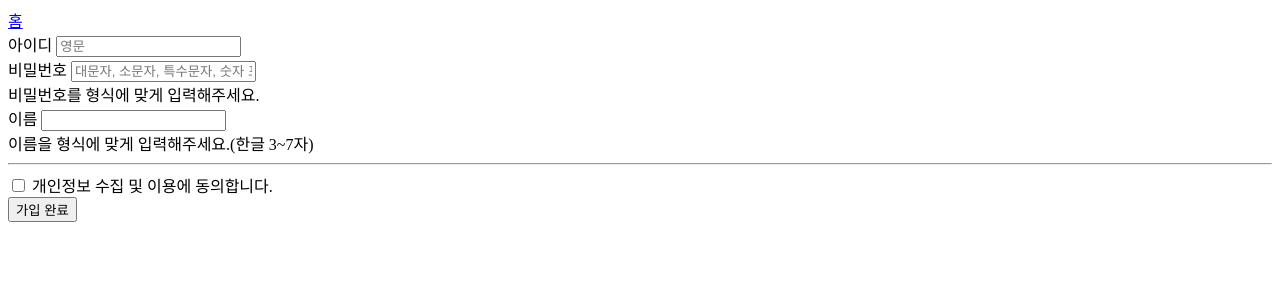
Repository: PacJ/spring_project
Page: http://localhost/spring_project/WEB-INF/views/admin/adminSignup.jsp
These files come from the project's save history. The page is drawn as it stood at one moment and after the next save; the edit follows.
The browser window is 1280 px wide. The pictures show the whole page.
The page is served by Tomcat 9. Nobody is signed in. The template is opened directly, without the code that normally fills it, so the values that code supplies are empty.

Above is the page before, as saved 2023-03-03 02:47:23.

After the next save:
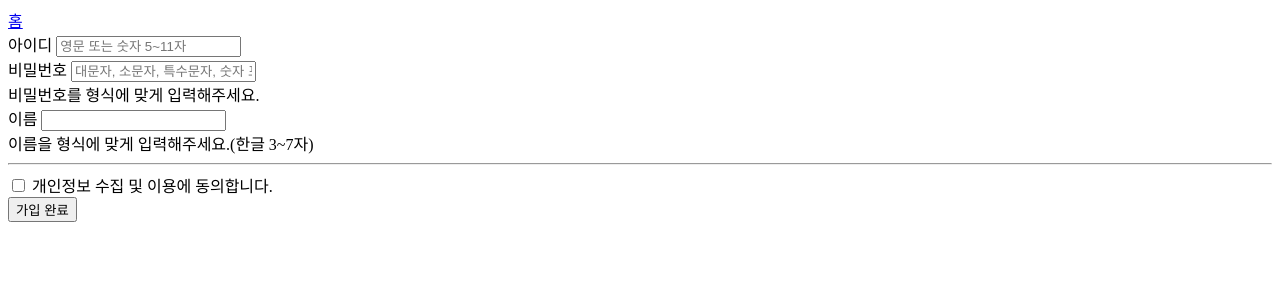
Saved 61 s later.
--- a/spring_project/src/main/webapp/WEB-INF/views/admin/adminSignup.jsp
+++ b/spring_project/src/main/webapp/WEB-INF/views/admin/adminSignup.jsp
@@ -13,7 +13,7 @@
 	         <div class="mb-3">
 	            <label for="userId">아이디</label>
 	            <input type="text" class="form-control" name="adminId"
-	            		placeholder="영문" required>
+	            		placeholder="영문 또는 숫자 5~11자" required>
 	            <div class="invalid-feedback">
 
 	            </div>
